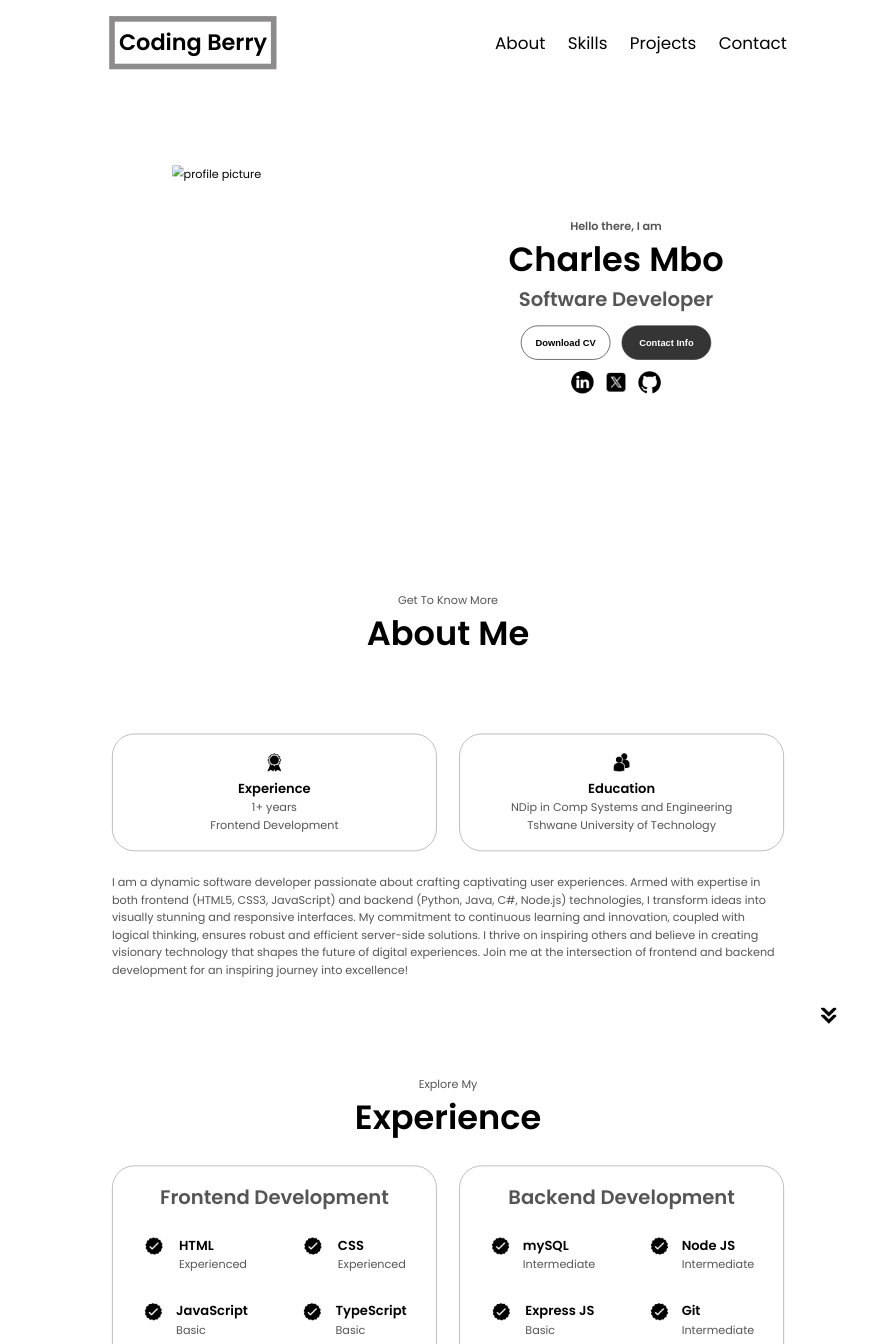
Repository: ntandomagana/FS-Dev-Portfolio
Page: index.html
An editor plug-in stored every save of this project. The page is shown before and after a run of saves, followed by the edit.
The browser window is 1280 px wide. The pictures show the part of the page from y = 0 to 1920 px (the page is 3177 px tall), at 70% of full size.

Above is the page before, as saved 2024-05-02 22:48:02.
Not found: assets/b.jpg

### index.html
<!DOCTYPE html>
<html lang="en">
  <head>
    <meta charset="UTF-8" />
    <meta http-equiv="X-UA-Compatible" content="IE=edge" />
    <meta name="viewport" content="width=device-width, initial-scale=1.0" />
    <title>My Portfolio</title>
    <link rel="stylesheet" href="style.css" />
    <link rel="stylesheet" href="mediaqueries.css" />
  </head>
  <body>
    <nav id="desktop-nav">
      <div class="logo">Coding Berry</div>
      <div>
        <ul class="nav-links">
          <li><a href="#about">About</a></li>
          <li><a href="#experience">Skills</a></li>
          <li><a href="#projects">Projects</a></li>
          <li><a href="#contact">Contact</a></li>
        </ul>
      </div>
    </nav>
    <nav id="hamburger-nav">
      <div class="logo">Coding Berry</div>
      <div class="hamburger-menu">
        <div class="hamburger-icon" onclick="toggleMenu()">
          <span></span>
          <span></span>
          <span></span>
        </div>
        <div class="menu-links">
          <li><a href="#about" onclick="toggleMenu()">About</a></li>
          <li><a href="#experience" onclick="toggleMenu()">Skills</a></li>
          <li><a href="#projects" onclick="toggleMenu()">Projects</a></li>
          <li><a href="#contact" onclick="toggleMenu()">Contact</a></li>
        </div>
      </div>
    </nav>
    <section id="profile">
      <div class="section__pic-container">
        <img src="./assets/b.jpg" alt="profile picture" />
      </div>
      <div class="section__text">
        <p class="section__text__p1">Hello there, I am</p>

        <h1 class="title"><span id="typed-text"></span></h1>

        <p class="section__text__p2">Software Developer</p>
        <div class="btn-container">
          <button
            class="btn btn-color-2"
            onclick="window.open('./assets/NP Magana - Web Developer.pdf')"
          >
            Download CV
          </button>
          <button class="btn btn-color-1" onclick="location.href='./#contact'">
            Contact Info
          </button>
        </div>
        <div id="socials-container">
          <img
            src="./assets/linkedin.png"
            alt="My LinkedIn profile"
            class="icon"
            onclick="location.href='https://www.linkedin.com/in/ntandoyenkosi-magana-/'"
          />

          <img
            src="./assets/icons8-twitterx-50.png"
            alt="My Github profile"
            class="icon"
            onclick="location.href='https://twitter.com/Sir_M_Charles'"
          />
          <img
            src="./assets/github.png"
            alt="My Github profile"
            class="icon"
            onclick="location.href='https://github.com/ntandomagana'"
          />
        </div>
      </div>
    </section>
    <section id="about">
      <p class="section__text__p1">Get To Know More</p>
      <h1 class="title">About Me</h1>
      <div class="section-container">
        <div class="about-details-container">
          <div class="about-containers">
            <div class="details-container">
              <img
                src="./assets/experience.png"
                alt="Experience icon"
                class="icon"
              />
              <h3>Experience</h3>
              <p>1+ years <br />Frontend Development</p>
            </div>
            <div class="details-container">
              <img
                src="./assets/education.png"
                alt="Education icon"
                class="icon"
              />
              <h3>Education</h3>
              <p>NDip in Comp Systems and Engineering <br />Tshwane University of Technology</p>
            </div>
          </div>
          <div class="text-container">
            <p>
              I am a dynamic software developer passionate about crafting captivating user
              experiences. Armed with expertise in both frontend (HTML5, CSS3, JavaScript)
              and backend (Python, Java, C#, Node.js) technologies, I transform ideas into visually
              stunning and responsive interfaces. My commitment to continuous
              learning and innovation, coupled with logical thinking, ensures robust
              and efficient server-side solutions. I thrive on inspiring others and
              believe in creating visionary technology that shapes the future of
              digital experiences. Join me at the intersection of frontend and backend
              development for an inspiring journey into excellence!
            </p>
          </div>
        </div>
      </div>
      <img
        src="./assets/arrow.png"
        alt="Arrow icon"
        class="icon arrow"
        onclick="location.href='./#experience'"
      />
    </section>
    <section id="experience">
      <p class="section__text__p1">Explore My</p>
      <h1 class="title">Experience</h1>
      <div class="experience-details-container">
        <div class="about-containers">
          <div class="details-container">
            <h2 class="experience-sub-title">Frontend Development</h2>
            <div class="article-container">
              <article>
                <img
                  src="./assets/checkmark.png"
                  alt="Experience icon"
                  class="icon"
                />
                <div>
                  <h3>HTML</h3>
                  <p>Experienced</p>
                </div>
              </article>
              <article>
                <img
                  src="./assets/checkmark.png"
                  alt="Experience icon"
                  class="icon"
                />
                <div>
                  <h3>CSS</h3>
                  <p>Experienced</p>
                </div>
              </article>
              <article>
                <img
                  src="./assets/checkmark.png"
                  alt="Experience icon"
                  class="icon"
                />
                <div>
                  <h3>JavaScript</h3>
                  <p>Basic</p>
                </div>
              </article>
              <article>
                <img
                  src="./assets/checkmark.png"
                  alt="Experience icon"
                  class="icon"
                />
                <div>
                  <h3>TypeScript</h3>
                  <p>Basic</p>
                </div>
              </article>
              <article>

              </article>
            </div>
          </div>
          <div class="details-container">
            <h2 class="experience-sub-title">Backend Development</h2>
            <div class="article-container">
              <article>
                <img
                  src="./assets/checkmark.png"
                  alt="Experience icon"
                  class="icon"
                />
                <div>
                  <h3>mySQL</h3>
                  <p>Intermediate</p>
                </div>
              </article>
              <article>
                <img
                  src="./assets/checkmark.png"
                  alt="Experience icon"
                  class="icon"
                />
                <div>
                  <h3>Node JS</h3>
                  <p>Intermediate</p>
                </div>
              </article>
              <article>
                <img
                  src="./assets/checkmark.png"
                  alt="Experience icon"
                  class="icon"
                />
                <div>
                  <h3>Express JS</h3>
                  <p>Basic</p>
                </div>
              </article>
              <article>
                <img
                  src="./assets/checkmark.png"
                  alt="Experience icon"
                  class="icon"
                />
                <div>
                  <h3>Git</h3>
                  <p>Intermediate</p>
                </div>
              </article>
            </div>
          </div>
        </div>
      </div>
      <img
        src="./assets/arrow.png"
        alt="Arrow icon"
        class="icon arrow"
        onclick="location.href='./#projects'"
      />
    </section>
    <section id="projects">
      <p class="section__text__p1">View My Recent</p>
      <h1 class="title">Projects</h1>
      <div class="experience-details-container">
        <div class="about-containers">
          <div class="details-container color-container">
            <div class="article-container">
              <img
                src="./assets/coming soon.jpg"
                alt="Project 1"
                class="project-img"
              />
            </div>
            <h2 class="experience-sub-title project-title">Project One</h2>
            <div class="btn-container">
              <button
                class="btn btn-color-2 project-btn"
                onclick="location.href='https://github.com/'"
              >
                Github
              </button>

            </div>
          </div>
          <div class="details-container color-container">
            <div class="article-container">
              <img
              src="./assets/coming soon.jpg"
                alt="Project 2"
                class="project-img"
              />
            </div>
            <h2 class="experience-sub-title project-title">Project Two</h2>
            <div class="btn-container">
              <button
                class="btn btn-color-2 project-btn"
                onclick="location.href='https://github.com/'"
              >
                Github
              </button>

            </div>
          </div>
          <div class="details-container color-container">
            <div class="article-container">
              <img
              src="./assets/coming soon.jpg"
                alt="Project 3"
                class="project-img"
              />
            </div>
            <h2 class="experience-sub-title project-title">Project Three</h2>
            <div class="btn-container">
              <button
                class="btn btn-color-2 project-btn"
                onclick="location.href='https://github.com/'"
              >
                Github
              </button>

            </div>
          </div>
        </div>
      </div>
      <img
        src="./assets/arrow.png"
        alt="Arrow icon"
        class="icon arrow"
        onclick="location.href='./#contact'"
      />
    </section>
    <section id="contact">
      <p class="section__text__p1">Get in Touch</p>
      <h1 class="title">Contact Me</h1>
      <div class="contact-info-upper-container">
        <div class="contact-info-container">
          <img
            src="./assets/email.png"
            alt="Email icon"
            class="icon contact-icon email-icon"
          />
          <p><a href="mailto:ntandomagana@gmail.com">ntandomagana@gmail.com</a></p>
        </div>
        <div class="contact-info-container">
          <img
            src="./assets/linkedin.png"
            alt="LinkedIn icon"
            class="icon contact-icon"
          />
          <p><a href="https://www.linkedin.com">LinkedIn</a></p>
        </div>
      </div>
    </section>
    <footer>
      <nav>
        <div class="nav-links-container">
          <ul class="nav-links">
            <li><a href="#about">About</a></li>
            <li><a href="#experience">Skills</a></li>
            <li><a href="#projects">Projects</a></li>
            <li><a href="#contact">Contact</a></li>
          </ul>
        </div>
      </nav>
      <p>Copyright &#169; 2023 Ntando Magana. All Rights Reserved.</p>
    </footer>
    <script src="script.js"></script>
  </body>
</html>

### style.css
/* GENERAL */

@import url("https://fonts.googleapis.com/css2?family=Poppins:wght@300;400;500;600&display=swap");

* {
  margin: 0;
  padding: 0;
}

body {
  font-family: "Poppins", sans-serif;
}

html {
  scroll-behavior: smooth;
}

p {
  color: rgb(85, 85, 85);
}

section {
  margin-bottom: 2px; /* Adjust this value to your preference */
}

/* TRANSITION */

a,
.btn {
  transition: all 300ms ease;
}

/* DESKTOP NAV */

nav,
.nav-links {
  display: flex;
}

nav {
  justify-content: space-around;
  align-items: center;
  height: 17vh;
}

.nav-links {
  gap: 2rem;
  list-style: none;
  font-size: 1.5rem;
}

a {
  color: black;
  text-decoration: none;
  text-decoration-color: white;
}

a:hover {
  color:aqua;
  text-decoration:underline;
  text-underline-offset: 0.8rem;
  text-decoration-color: rgb(181, 181, 181);
}

.logo {
  font-size: 2rem;
}

.logo:hover {
  cursor: default;
}

/* HAMBURGER MENU */

#hamburger-nav {
  display: none;
}

.hamburger-menu {
  position: relative;
  display: inline-block;
}

.hamburger-icon {
  display: flex;
  flex-direction: column;
  justify-content: space-between;
  height: 24px;
  width: 30px;
  cursor: pointer;
}

.hamburger-icon span {
  width: 100%;
  height: 2px;
  background-color: black;
  transition: all 0.3 ease-in-out;
}

.menu-links {
  position: absolute;
  top: 100%;
  right: 0;
  background-color: white;
  width: fit-content;
  max-height: 0;
  overflow: hidden;
  transition: all 0.3 ease-in-out;
}

.menu-links a {
  display: block;
  padding: 10px;
  text-align: center;
  font-size: 1.5rem;
  color: black;
  text-decoration: none;
  transition: all 0.3 ease-in-out;
}

.menu-links li {
  list-style: none;
}

.menu-links.open {
  max-height: 300px;
}

.hamburger-icon.open span:first-child {
  transform: rotate(45deg) translate(10px, 5px);
}

.hamburger-icon.open span:nth-child(2) {
  opacity: 0;
}

.hamburger-icon.open span:last-child {
  transform: rotate(-45deg) translate(10px, -5px);
}

.hamburger-icon span:first-child {
  transform: none;
}

.hamburger-icon span:first-child {
  opacity: 1;
}

.hamburger-icon span:first-child {
  transform: none;
}

/* SECTIONS */

section {
  padding-top: 4vh;
  height: 96vh;
  margin: 0 10rem;
  box-sizing: border-box;
  min-height: fit-content;
}

.section-container {
  display: flex;
}

/* PROFILE SECTION */

#profile {
  display: flex;
  justify-content: center;
  gap: 5rem;
  height: 80vh;
}

.section__pic-container {
  display: flex;
  height: 400px;
  width: 400px;
  margin: auto 0;
}

.section__text {
  align-self: center;
  text-align: center;
}

.section__text p {
  font-weight: 600;
}

.section__text__p1 {
  text-align: center;
}

.section__text__p2 {
  font-size: 1.75rem;
  margin-bottom: 1rem;
}

.title {
  font-size: 3rem;
  text-align: center;
}

#socials-container {
  display: flex;
  justify-content: center;
  margin-top: 1rem;
  gap: 1rem;
}

/* ICONS */

.icon {
  cursor: pointer;
  height: 2rem;
}

/* BUTTONS */

.btn-container {
  display: flex;
  justify-content: center;
  gap: 1rem;
}

.btn {
  font-weight: 600;
  transition: all 300ms ease;
  padding: 1rem;
  width: 8rem;
  border-radius: 2rem;
}

.btn-color-1,
.btn-color-2 {
  border: rgb(53, 53, 53) 0.1rem solid;
}

.btn-color-1:hover,
.btn-color-2:hover {
  cursor: pointer;
}

.btn-color-1,
.btn-color-2:hover {
  background: rgb(53, 53, 53);
  color: white;
}

.btn-color-1:hover {
  background: rgb(0, 0, 0);
}

.btn-color-2 {
  background: none;
}

.btn-color-2:hover {
  border: rgb(26, 210, 243) 0.2rem solid;
}

.btn-container {
  gap: 1rem;
}

/* ABOUT SECTION */

#about {
  position: relative;
}

.about-containers {
  gap: 2rem;
  margin-bottom: 2rem;
  margin-top: 2rem;
}

.about-details-container {
  justify-content: center;
  flex-direction: column;
}

.about-containers,
.about-details-container {
  display: flex;
}



.arrow {
  position: absolute;
  right: -5rem;
  bottom: 2.5rem;
}

.details-container {
  padding: 1.5rem;
  flex: 1;
  background: white;
  border-radius: 2rem;
  border: rgb(53, 53, 53) 0.1rem solid;
  border-color: rgb(163, 163, 163);
  text-align: center;
}

.section-container {
  gap: 4rem;
  height: 80%;
}

.section__pic-container {
  height: 400px;
  width: 400px;
  margin: auto 0;
}

/* EXPERIENCE SECTION */

#experience {
  position: relative;
}

.experience-sub-title {
  color: rgb(85, 85, 85);
  font-weight: 600;
  font-size: 1.75rem;
  margin-bottom: 2rem;
}

.experience-details-container {
  display: flex;
  justify-content: center;
  flex-direction: column;
}

.article-container {
  display: flex;
  text-align: initial;
  flex-wrap: wrap;
  flex-direction: row;
  gap: 2.5rem;
  justify-content: space-around;
}

article {
  display: flex;
  width: 10rem;
  justify-content: space-around;
  gap: 0.5rem;
}

article .icon {
  cursor: default;
}

/* PROJECTS SECTION */

#projects {
  position: relative;
}

.color-container {
  border-color: rgb(163, 163, 163);
  background: rgb(250, 250, 250);
}

.project-img {
  border-radius: 2rem;
  width: 90%;
  height: 90%;
}

.project-title {
  margin: 1rem;
  color: black;
}

.project-btn {
  color: black;
  border-color: rgb(163, 163, 163);
}

/* CONTACT */

#contact {
  display: flex;
  justify-content: center;
  flex-direction: column;
  height: 70vh;
}

.contact-info-upper-container {
  display: flex;
  justify-content: center;
  border-radius: 2rem;
  border: rgb(53, 53, 53) 0.1rem solid;
  border-color: rgb(163, 163, 163);
  background: (250, 250, 250);
  margin: 2rem auto;
  padding: 0.5rem;
}

.contact-info-container {
  display: flex;
  align-items: center;
  justify-content: center;
  gap: 0.5rem;
  margin: 1rem;
}

.contact-info-container p {
  font-size: larger;
}

.contact-icon {
  cursor: default;
}

.email-icon {
  height: 2.5rem;
}

/* FOOTER SECTION */

footer {
  height: 26vh;
  margin: 0 1rem;
}

footer p {
  text-align: center;
}

/* Add this CSS to your existing style.css or create a new style tag in the head of your HTML */

/* Bold, underline, and bubble effect for the logo */
.logo {
  font-weight: bold;
  text-decoration:wavy;
  display: inline-block;
  position: relative;
  border: 8px solid #8d8b8b; /* Adjust the border thickness and color as needed */
  padding: 6px; /* Adjust the padding as needed */
}

.logo::after {
  content: '';
  position: absolute;
  width: 100%;
  height: 0;
  bottom: 0;
  left: 0;
  opacity: 0;
  border-bottom: 2px solid #fff;
  animation: bubble 0.5s infinite ease-in-out;
}

@keyframes bubble {
  0% {
    height: 0;
    opacity: 0;
  }
  50% {
    height: 100%;
    opacity: 1;
  }
  100% {
    height: 0;
    opacity: 0;
  }
}

### mediaqueries.css
@media screen and (max-width: 1400px) {
  #profile {
    height: 83vh;
    margin-bottom: 6rem;
  }
  .about-containers {
    flex-wrap: wrap;
  }
  #contact,
  #projects {
    height: fit-content;
  }
}

@media screen and (max-width: 1200px) {
  #desktop-nav {
    display: none;
  }
  #hamburger-nav {
    display: flex;
  }
  #experience,
  .experience-details-container {
    margin-top: 2rem;
  }
  #profile,
  .section-container {
    display: block;
  }
  .arrow {
    display: none;
  }
  section,
  .section-container {
    height: fit-content;
  }
  section {
    margin: 0 5%;
  }
  .section__pic-container {
    width: 275px;
    height: 275px;
    margin: 0 auto 2rem;
  }
  .about-containers {
    margin-top: 0;
  }
}

@media screen and (max-width: 600px) {
  #contact,
  footer {
    height: 40vh;
  }
  #profile {
    height: 83vh;
    margin-bottom: 0;
  }
  article {
    font-size: 1rem;
  }
  footer nav {
    height: fit-content;
    margin-bottom: 2rem;
  }
  .about-containers,
  .contact-info-upper-container,
  .btn-container {
    flex-wrap: wrap;
  }
  .contact-info-container {
    margin: 0;
  }
  .contact-info-container p,
  .nav-links li a {
    font-size: 1rem;
  }
  .experience-sub-title {
    font-size: 1.25rem;
  }
  .logo {
    font-size: 1.5rem;
  }
  .nav-links {
    flex-direction: column;
    gap: 0.5rem;
    text-align: center;
  }
  .section__pic-container {
    width: auto;
    height: 46vw;
    justify-content: center;
  }
  .section__text__p2 {
    font-size: 1.25rem;
  }
  .title {
    font-size: 2rem;
  }
  .text-container {
    text-align: justify;
  }
}

### script.js
function toggleMenu() {
  const menu = document.querySelector(".menu-links");
  const icon = document.querySelector(".hamburger-icon");
  menu.classList.toggle("open");
  icon.classList.toggle("open");
}

// JavaScript for looped typing effect
const typedText = document.getElementById("typed-text");
const textToType = "Charles Mbonani";

function typeText() {
  let index = 0;

  function type() {
    if (index < textToType.length) {
      typedText.innerHTML += textToType.charAt(index);
      index++;
      setTimeout(type, 500); // Adjust typing speed (milliseconds)
    } else {
      setTimeout(erase, 1000); // Wait before erasing
    }
  }

  function erase() {
    if (typedText.innerHTML.length > 0) {
      typedText.innerHTML = typedText.innerHTML.slice(0, -1);
      setTimeout(erase, 500); // Adjust erasing speed (milliseconds)
    } else {
      index = 0; // Reset index for the next typing cycle
      setTimeout(type, 500); // Wait before typing again
    }
  }

  type(); // Start typing
}

// Call the typing function when the page loads
window.onload = typeText;

After the next 2 saves:
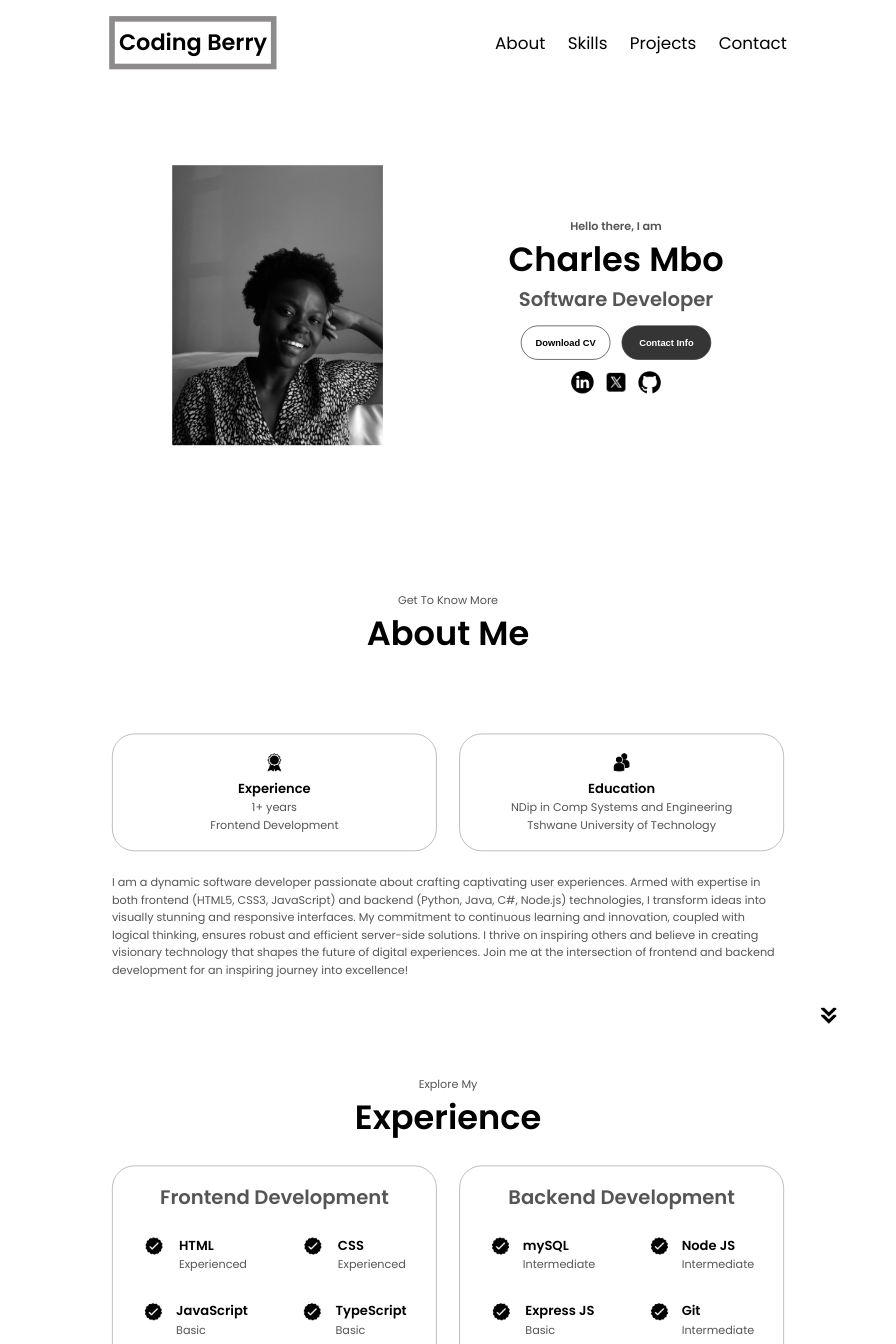
The 2 saves are shown as one change because they came seconds apart.
The last was saved 8 s later.
--- a/index.html
+++ b/index.html
@@ -38,7 +38,7 @@
     </nav>
     <section id="profile">
       <div class="section__pic-container">
-        <img src="./assets/b.jpg" alt="profile picture" />
+        <img src="./assets/bwpp.jpg" alt="profile picture" />
       </div>
       <div class="section__text">
         <p class="section__text__p1">Hello there, I am</p>
